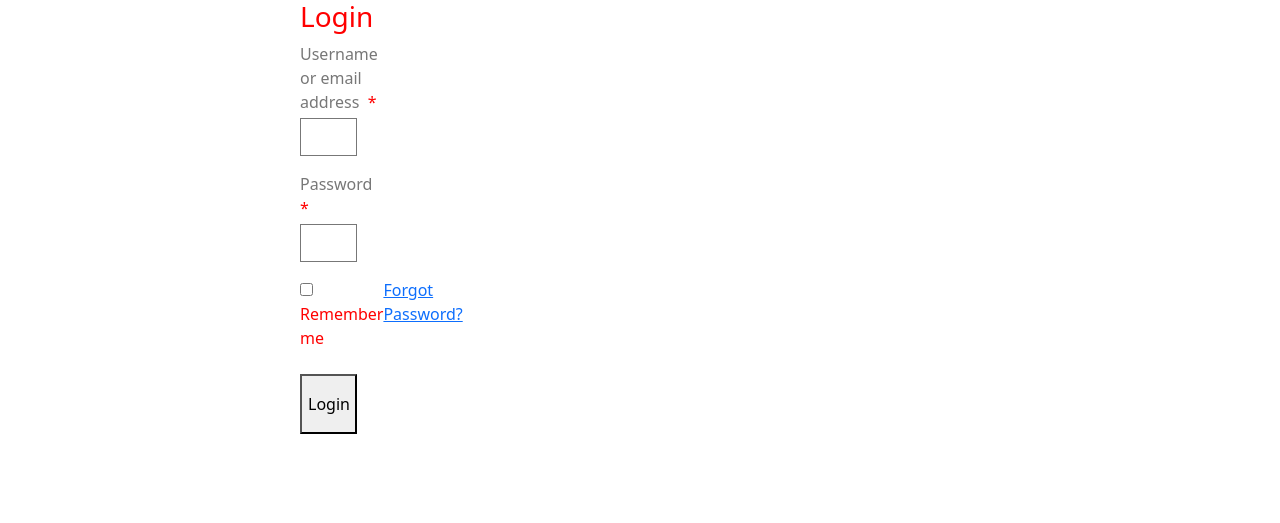
Repository: NguyenDo13/BE2-NhomH
Page: module-20,21/index.html
These files come from the project's save history. The page is drawn as it stood at one moment and after the next save; the edit follows.
The browser window is 1280 px wide. The pictures show the whole page.

Above is the page before, as saved 2022-05-21 07:35:46.

After the next save:
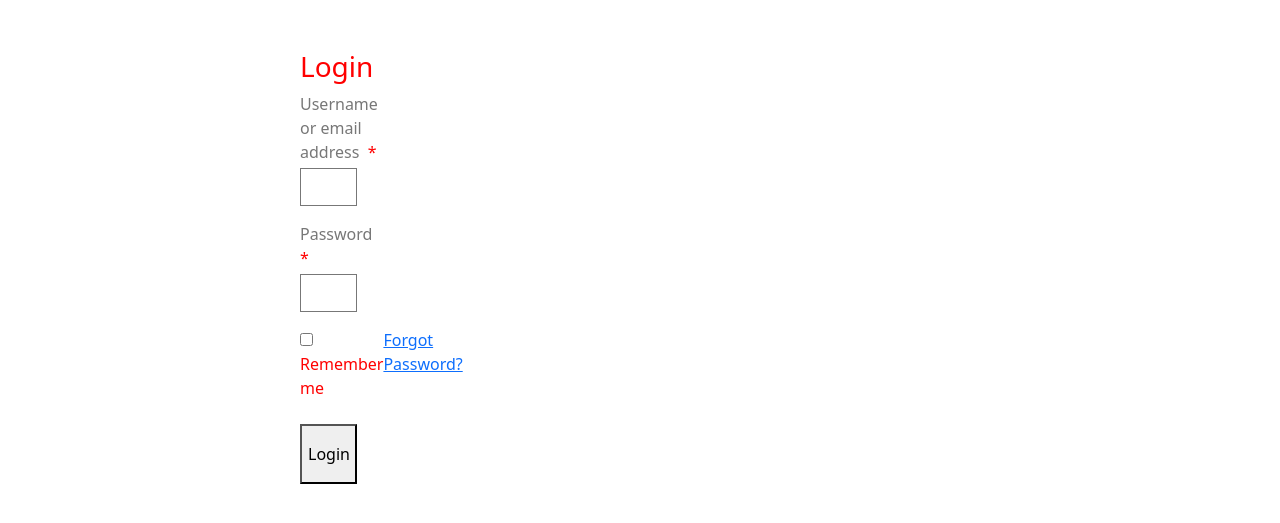
Saved 5 s later.
--- a/module-20,21/index/public/css/style.css
+++ b/module-20,21/index/public/css/style.css
@@ -26,7 +26,7 @@
     color: red !important;
     padding-left: 300px;
     padding-right: 300px;
-    pad
+    padding-top: 50px;
 }
 
 body {}
